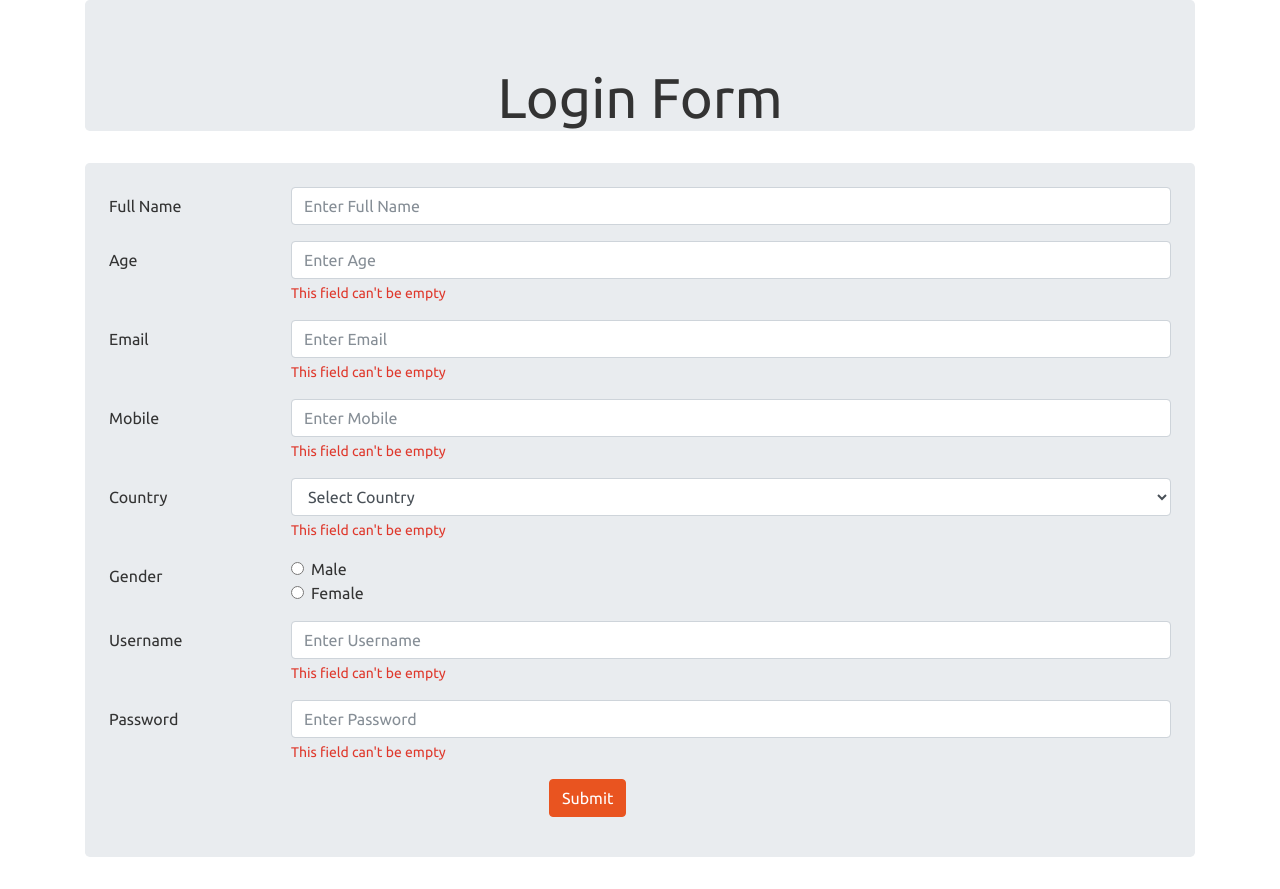
Repository: amar468S/Ng-templateDrivenForm
Page: /
An editor plug-in stored every save of this project. The page is shown before and after the next save, followed by the edit.
The browser window is 1280 px wide. The pictures show the whole page.
Some web libraries are served in a nearby version. The project was rebuilt for these pictures with package versions that can differ from the ones it lists, and the page was loaded fresh each time. Also part of the build but not shown: angular.json.

Above is the page before, as saved 2019-02-03 16:38:35.

### src/index.html
<!doctype html>
<html lang="en">
<head>
  <meta charset="utf-8">
  <title>NgTemplateForms</title>
  <base href="/">

  <meta name="viewport" content="width=device-width, initial-scale=1">
  <link rel="icon" type="image/x-icon" href="favicon.ico">
  <!-- CSS -->
  <link rel="stylesheet" href="https://stackpath.bootstrapcdn.com/bootstrap/4.2.1/css/bootstrap.min.css" integrity="sha384-GJzZqFGwb1QTTN6wy59ffF1BuGJpLSa9DkKMp0DgiMDm4iYMj70gZWKYbI706tWS" crossorigin="anonymous">
  <link rel="stylesheet" href="https://bootswatch.com/4/united/bootstrap.min.css">
  <!-- JS -->
  <script src="https://code.jquery.com/jquery-3.3.1.slim.min.js" integrity="sha384-q8i/X+965DzO0rT7abK41JStQIAqVgRVzpbzo5smXKp4YfRvH+8abtTE1Pi6jizo" crossorigin="anonymous"></script>
  <script src="https://cdnjs.cloudflare.com/ajax/libs/popper.js/1.14.6/umd/popper.min.js" integrity="sha384-wHAiFfRlMFy6i5SRaxvfOCifBUQy1xHdJ/yoi7FRNXMRBu5WHdZYu1hA6ZOblgut" crossorigin="anonymous"></script>
  <script src="https://stackpath.bootstrapcdn.com/bootstrap/4.2.1/js/bootstrap.min.js" integrity="sha384-B0UglyR+jN6CkvvICOB2joaf5I4l3gm9GU6Hc1og6Ls7i6U/mkkaduKaBhlAXv9k" crossorigin="anonymous"></script>

</head>
<body>
  <app-root></app-root>
</body>
</html>

### src/app/app.component.ts
import { Component } from '@angular/core';
import { UserForm } from './UserForm';

@Component({
  selector: 'app-root',
  templateUrl: './app.component.html',
  styleUrls: ['./app.component.css']
})
export class AppComponent {

    userForm:UserForm

    constructor(){
      this.userForm = new UserForm();
    }
}

### src/app/app.component.html
<div class="container">
    <div class="jumbotron pb-0">
      <p class="display-4 text-center mb-0">Login Form</p>
    </div>

  <div class="jumbotron p-4">
  <form #usrForm="ngForm" (ngSubmit)="login(usrForm)">
      <div class="form-group row">
          <label class="col-sm-2 col-form-label">Full Name</label>
          <div class="col-sm-10">
            <input type="text" class="form-control" placeholder="Enter Full Name"
            name="fullname" [(ngModel)]="userForm.fullName" #fullName="ngModel" required>
            <small class="form-text text-danger" *ngIf="fullName.dirty && fullName.invalid">This field can't be empty</small>
          </div>
      </div>
      <div class="form-group row">
          <label class="col-sm-2 col-form-label">Age</label>
          <div class="col-sm-10">
            <input type="number" class="form-control" placeholder="Enter Age"
            name="age" [(ngModel)]="userForm.age" #age="ngModel" required>
            <small class="form-text text-danger">This field can't be empty</small>
          </div>
      </div>
       <div class="form-group row">
          <label class="col-sm-2 col-form-label">Email</label>
          <div class="col-sm-10">
            <input type="text" class="form-control" placeholder="Enter Email"
            name="email" [(ngModel)]="userForm.email" #email="ngModel" required>
            <small class="form-text text-danger">This field can't be empty</small>
          </div>
      </div>
      <div class="form-group row">
          <label class="col-sm-2 col-form-label">Mobile</label>
          <div class="col-sm-10">
            <input type="text" class="form-control" placeholder="Enter Mobile"
            name="mobile" [(ngModel)]="userForm.mobile" #mobile="ngModel" required>
            <small class="form-text text-danger">This field can't be empty</small>
          </div>
      </div>
      <div class="form-group row">
          <label class="col-sm-2 col-form-label">Country</label>
          <div class="col-sm-10">
            <select class="form-control" name="country" [(ngModel)]="userForm.country" required>
              <option value="">Select Country</option>
              <option value="India">India</option>
              <option value="Sri Lanka">Sri Lanka</option>
              <option value="Bangladesh">Bangladesh</option>
              <option value="Nepal">Nepal</option>
            </select>
            <small class="form-text text-danger">This field can't be empty</small>
          </div>
      </div>
      <div class="form-group row">
          <label class="col-sm-2 col-form-label">Gender</label>
          <div class="col-sm-10">
            <div class="form-check">
              <input class="form-check-input" type="radio" name="gender" [(ngModel)]="userForm.gender" #gender="ngModel">
              <label class="form-check-label">Male</label>
            </div>
            <div class="form-check">
                <input class="form-check-input" type="radio" name="gender"  [(ngModel)]="userForm.gender" #gender="ngModel">
                <label class="form-check-label">Female</label>
            </div>
          </div>
      </div>
      <div class="form-group row">
          <label class="col-sm-2 col-form-label">Username</label>
          <div class="col-sm-10">
            <input type="text" class="form-control" placeholder="Enter Username"
            name="username" [(ngModel)]="userForm.username" #username="ngModel" required>
            <small class="form-text text-danger">This field can't be empty</small>
          </div>
      </div>
      <div class="form-group row">
          <label class="col-sm-2 col-form-label">Password</label>
          <div class="col-sm-10">
            <input type="password" class="form-control" placeholder="Enter Password"
            name="password" [(ngModel)]="userForm.password" #password="ngModel">
            <small class="form-text text-danger">This field can't be empty</small>
          </div>
      </div>
      <div class="form-group row">
          <label class="col-sm-5 col-form-label"></label>
          <div>
            <input type="submit" class="btn btn-primary" [disabled]="usrForm.dirty && usrForm.invalid">
          </div>
      </div>
  </form>
  </div>

</div>

### src/app/UserForm.ts
export class UserForm {
    fullName:string;
    age:string;
    email:string;
    mobile:string;
    country:string;
    gender:string;
    username:string;
    password:string;


    constructor(){
        this.fullName = '';
        this.age = '';
        this.country = '';
        this.email = '';
        this.mobile = '';
        this.username = '';
        this.password = '';
        this.gender = '';
    }
}

Loaded but not shown: src/styles.css (common file); src/main.ts (common file); src/app/app.module.ts (common file); src/environments/environment.ts (common file); src/app/app.component.css (no stored copy; drawn as an empty file)

After the next save:
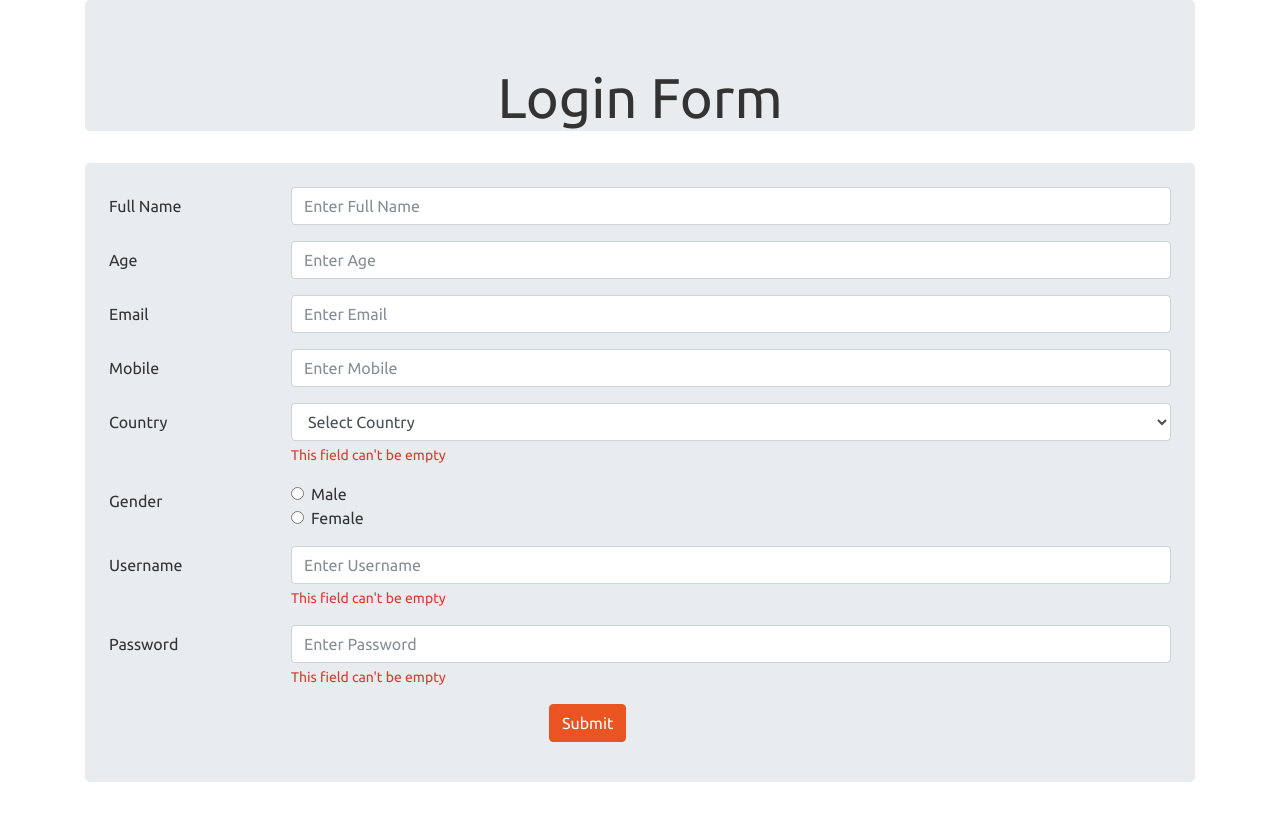
Saved 85 s later.
--- a/src/app/app.component.html
+++ b/src/app/app.component.html
@@ -18,15 +18,15 @@
           <div class="col-sm-10">
             <input type="number" class="form-control" placeholder="Enter Age"
             name="age" [(ngModel)]="userForm.age" #age="ngModel" required>
-            <small class="form-text text-danger">This field can't be empty</small>
+            <small class="form-text text-danger" *ngIf="age.dirty && age.invalid">This field can't be empty</small>
           </div>
       </div>
        <div class="form-group row">
           <label class="col-sm-2 col-form-label">Email</label>
           <div class="col-sm-10">
-            <input type="text" class="form-control" placeholder="Enter Email"
+            <input type="email" class="form-control" placeholder="Enter Email"
             name="email" [(ngModel)]="userForm.email" #email="ngModel" required>
-            <small class="form-text text-danger">This field can't be empty</small>
+            <small class="form-text text-danger" *ngIf="email.dirty && email.invalid">This field can't be empty</small>
           </div>
       </div>
       <div class="form-group row">
@@ -34,7 +34,7 @@
           <div class="col-sm-10">
             <input type="text" class="form-control" placeholder="Enter Mobile"
             name="mobile" [(ngModel)]="userForm.mobile" #mobile="ngModel" required>
-            <small class="form-text text-danger">This field can't be empty</small>
+            <small class="form-text text-danger" *ngIf="mobile.dirty && mobile.invalid">This field can't be empty</small>
           </div>
       </div>
       <div class="form-group row">
